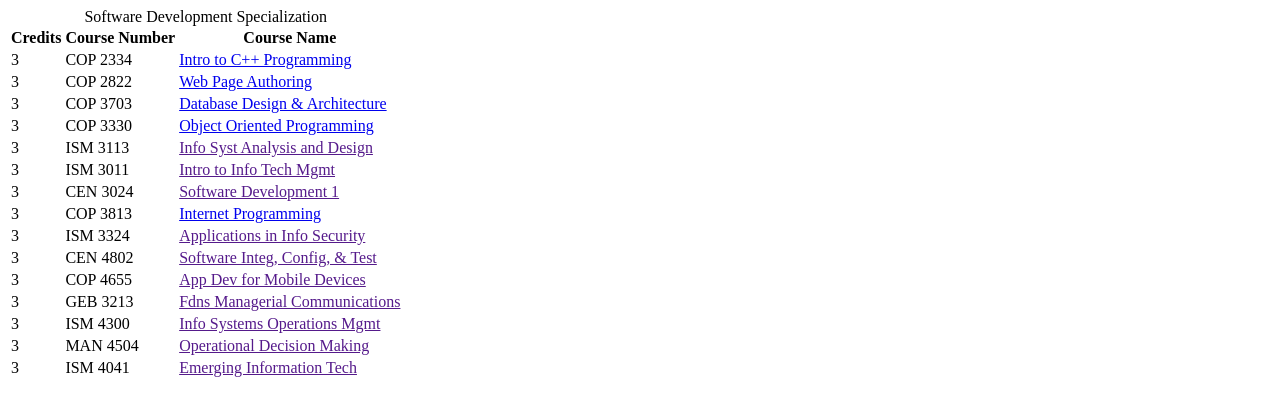
Repository: mlmEFSC21/P3-DegreeSpecializationTable
Page: index.html
These files come from the project's save history. The page is drawn as it stood at one moment and after the next save; the edit follows.
The browser window is 1280 px wide. The pictures show the whole page.

Above is the page before, as saved 2022-02-01 20:00:26.

After the next save:
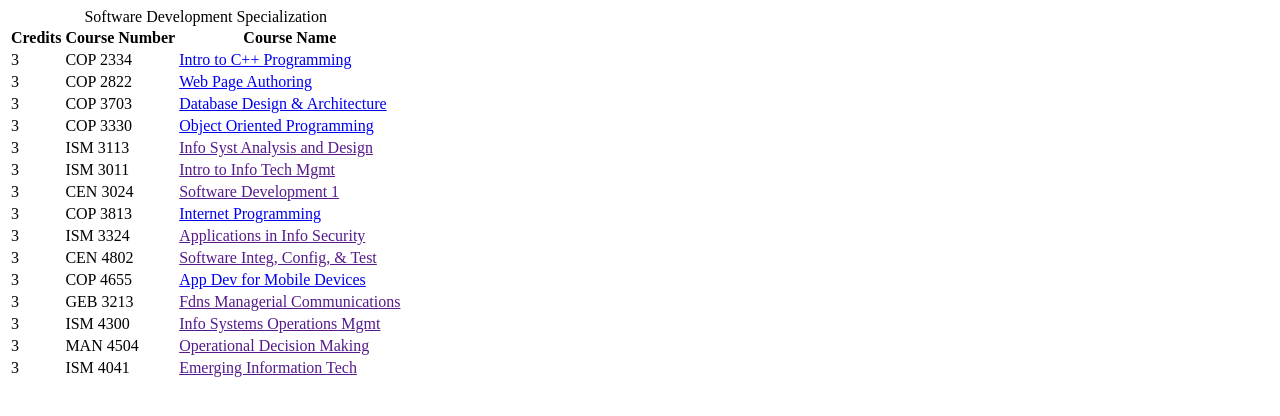
Saved 39 s later.
--- a/index.html
+++ b/index.html
@@ -94,7 +94,12 @@
             <tr>
                 <td>3</td>
                 <td>COP 4655</td>
-                <td><a href="">App Dev for Mobile Devices</a></td>
+                <td>
+                    <a
+                        href="https://bannerweb.easternflorida.edu/prod/bwckctlg.p_disp_course_detail?cat_term_in=202210&subj_code_in=COP&crse_numb_in=4655"
+                        >App Dev for Mobile Devices</a
+                    >
+                </td>
             </tr>
             <tr>
                 <td>3</td>
